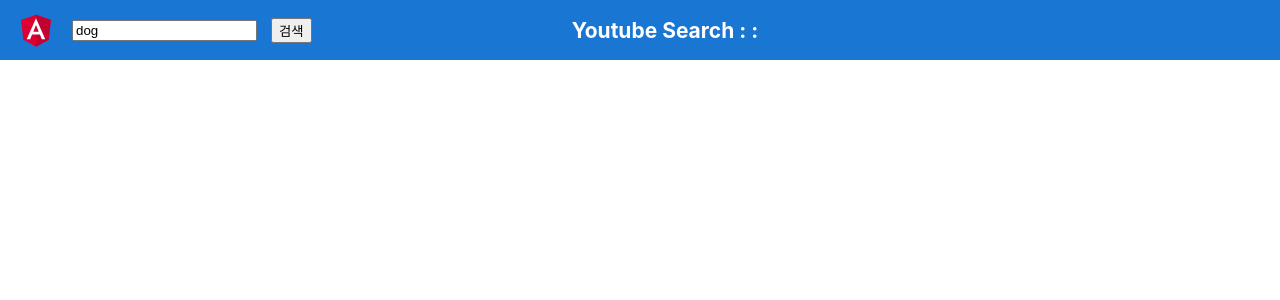
Repository: angular-weekely-toy/week10-rxjs-project
Page: / (app in youtube-example/)
These files come from the project's save history. The page is drawn as it stood at one moment and after the next save; the edit follows.
The browser window is 1280 px wide. The pictures show the whole page.
The page's requests for data from a server got no answer. The project was rebuilt for these pictures with package versions that can differ from the ones it lists, and the page was loaded fresh each time. No one was signed in, and anything a server would have sent is missing. Also part of the build but not shown: youtube-example/angular.json.

Above is the page before, as saved 2022-02-26 17:50:51.

After the next save:
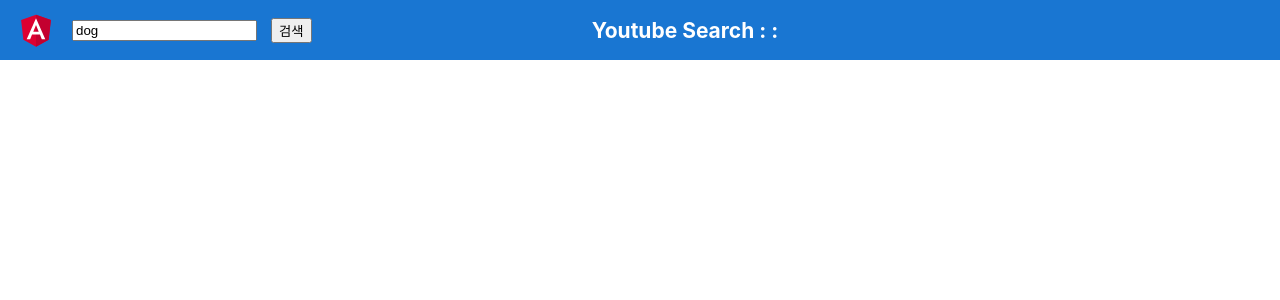
Saved 6 s later.
--- a/youtube-example/src/app/app.component.html
+++ b/youtube-example/src/app/app.component.html
@@ -10,7 +10,7 @@
 
     <input type="text" formControlName="search_text"/>
     &nbsp;&nbsp;&nbsp;&nbsp;<button type="sbumit">검색</button>
-    <span style="margin-left: 260px;"><h2>{{title}} : {{youtubeTitle}}</h2></span>
+    <span style="margin-left: 280px;"><h2>{{title}} : {{youtubeTitle}}</h2></span>
   </div>
 
   <div class="content" role="main">
